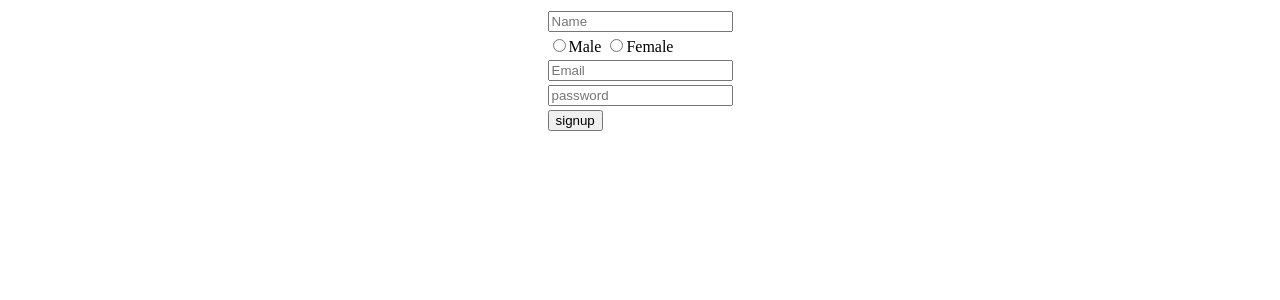
Repository: sketcharsh/Java
Page: http://localhost/DemoProject/Edit.jsp
The author's editor kept a copy of each file at every save. The page is drawn from the files as they stood at one save, then again after the next save.
The browser window is 1280 px wide. The pictures show the whole page.
The page is served by Tomcat 9. Other server files are loaded and not shown.

Above is the page before, as saved 2018-03-01 04:51:08.

### Demo/it17b14/DemoProject/WebContent/Edit.jsp
<%@ page language="java" contentType="text/html; charset=ISO-8859-1"
    pageEncoding="ISO-8859-1"%>
<!DOCTYPE html PUBLIC "-//W3C//DTD HTML 4.01 Transitional//EN" "http://www.w3.org/TR/html4/loose.dtd">
<html>
<head>
<meta http-equiv="Content-Type" content="text/html; charset=ISO-8859-1">
<title>Insert title here</title>
</head>
<body>
	<% String em = request.getParameter("email"); %>

	<table align="center">
	<form name="info" action="Edit.jsp" method="get">
	<tr>
	<td>
		<input type="text" name="name" placeholder="Name">
	</td>
	</tr>
	<tr>
	<td>
		<input type="radio" name="gender" value="Male">Male
		<input type="radio" name="gender" value="Female">Female
		</td>
	</tr>
	<tr>
	<td>
		<input type="email" name="email" placeholder="Email">
		</td>
	</tr>
	<tr>
	<td>
		<input type="text" name="password" placeholder="password">
	</td>
	</tr>
	<tr>
	<td>
		<input type="submit" value="signup">
		</td>
		</tr>
	</form>
	</table>
</body>
</html>

After the next save:
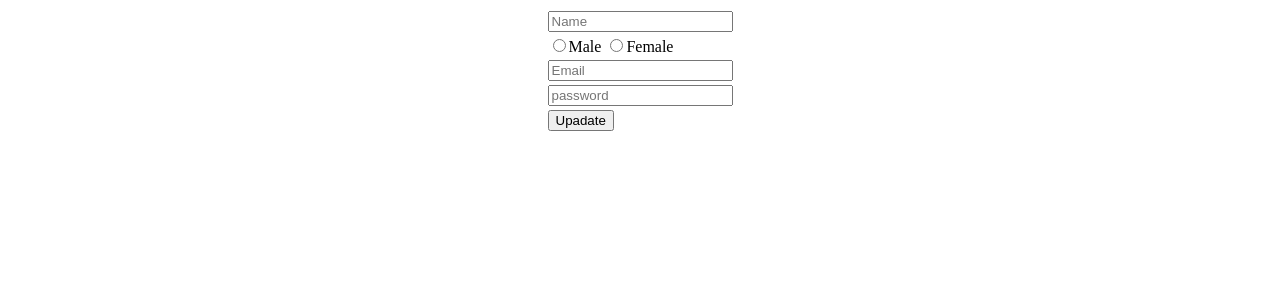
Saved 16 s later.
--- a/Demo/it17b14/DemoProject/WebContent/Edit.jsp
+++ b/Demo/it17b14/DemoProject/WebContent/Edit.jsp
@@ -7,7 +7,6 @@
 <title>Insert title here</title>
 </head>
 <body>
-	<% String em = request.getParameter("email"); %>
 
 	<table align="center">
 	<form name="info" action="Edit.jsp" method="get">
@@ -34,7 +33,7 @@
 	</tr>
 	<tr>
 	<td>
-		<input type="submit" value="signup">
+		<input type="submit" value="Upadate">
 		</td>
 		</tr>
 	</form>
